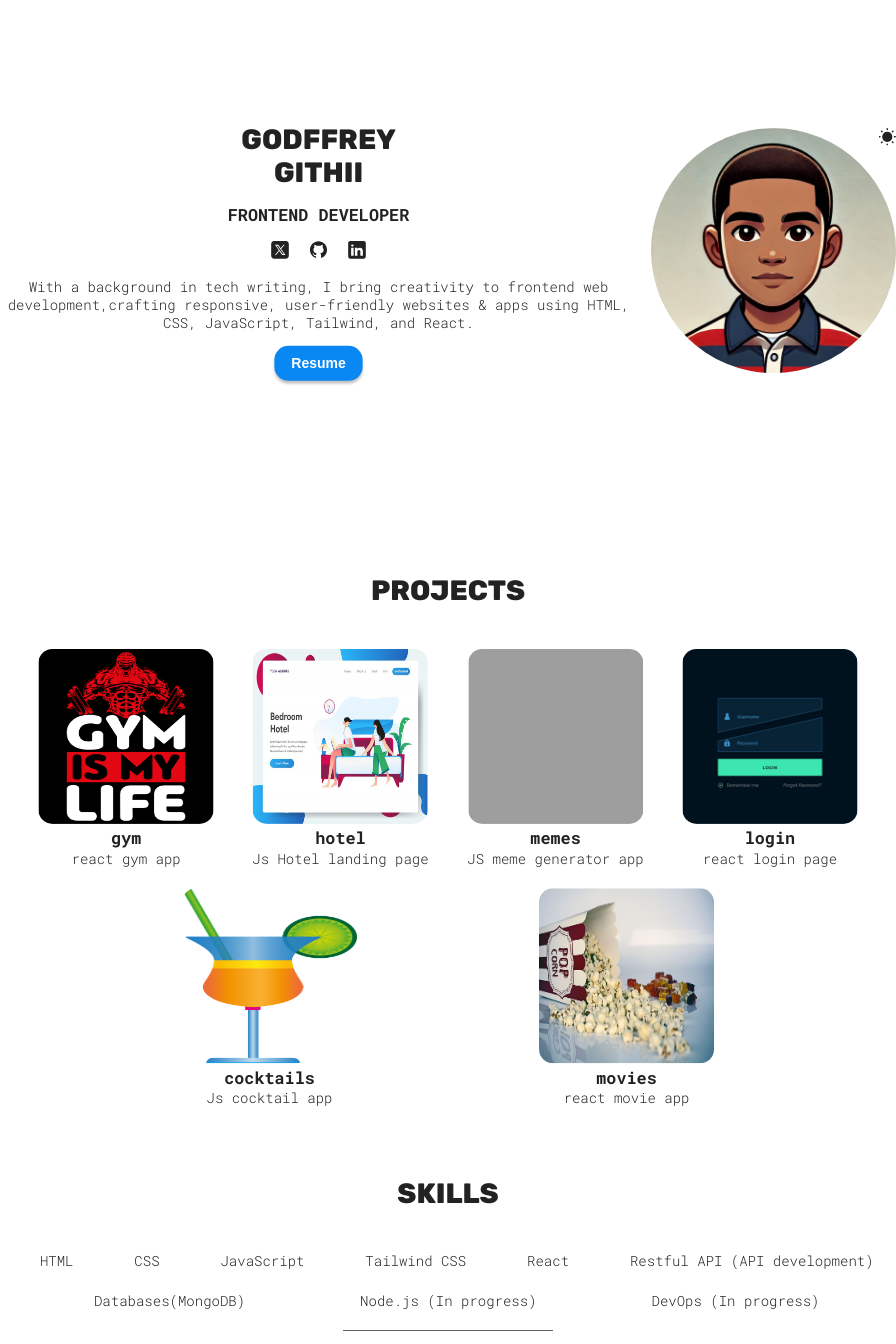
Repository: gogg23/dev-githii-1
Page: /
These files come from the project's save history. The page is drawn as it stood at one moment and after the next save; the edit follows.
The browser window is 1280 px wide. The pictures show the part of the page from y = 0 to 1920 px (the page is 2951 px tall), at 70% of full size.
Pictures or frames that could not be fetched are drawn as grey boxes. The project was rebuilt for these pictures with package versions that can differ from the ones it lists, and the page was loaded fresh each time. Also part of the build but not shown: vite.config.js, src/index.css. Imported but missing from the stored project, and not drawn on this page: src/assets/Resume.pdf.

Above is the page before, as saved 2025-04-09 19:11:01.

### index.html
<!DOCTYPE html>
<html lang="en">
  <head>
    <meta charset="UTF-8" />
    <link rel="icon" type="image/svg+xml" href="/public/favicon.ico" />
    <meta name="viewport" content="width=device-width, initial-scale=1.0" />
    <link rel="preconnect" href="https://fonts.googleapis.com" />
    <link rel="preconnect" href="https://fonts.gstatic.com" crossorigin />
    <link
      href="https://fonts.googleapis.com/css2?family=Roboto+Mono:wght@100..700&family=Rubik:wght@800&display=swap"
      rel="stylesheet"
    />
    <title>Dev Githii</title>
  </head>
  <body>
    <div id="root"></div>
    <script type="module" src="/src/main.jsx"></script>
  </body>
</html>

### src/main.jsx
import { StrictMode } from 'react'
import { createRoot } from 'react-dom/client'
import App from './App.jsx'
import './index.css'
import { ThemeProvider } from './common/ThemeContext.jsx'

createRoot(document.getElementById('root')).render(
  <StrictMode>
  <ThemeProvider>
  <App />
  </ThemeProvider>
  </StrictMode>,
)

### src/App.jsx
import './App.css';
import Hero from './sections/Hero/Hero';
import Projects from './sections/Projects/Projects';
import Skills from './sections/Skills/Skills';
import Contact from './sections/Contact/Contact';
import Footer from './sections/Footer/Footer';

function App() {
  return (
  <>
    <Hero/>
    <Projects/>
    <Skills/>
    <Contact/>
    <Footer/>
  </>
  );
}

export default App;

### src/common/ThemeContext.jsx
import React, { createContext, useContext, useEffect, useState } from 'react';

const ThemeContext = createContext();

export const useTheme = () => useContext(ThemeContext);

export const ThemeProvider = ({ children }) => {
  const [theme, setTheme] = useState(
    () => localStorage.getItem('theme') || 'light'
  );

  useEffect(() => {
    document.body.setAttribute('data-theme', theme);
    localStorage.setItem('theme', theme);
  }, [theme]);

  const toggleTheme = () => {
    console.log ('theme switched');
    setTheme((prevTheme) => (prevTheme === 'light' ? 'dark' : 'light'));
  };

  return (
    <ThemeContext.Provider value={{ theme, toggleTheme }}>
      {children}
    </ThemeContext.Provider>
  );
};

### src/sections/Hero/Hero.jsx
import styles from './HeroStyles.module.css';
import heroz from '../../assets/heroz.webp';
import sun from '../../assets/sun.svg';
import moon from '../../assets/moon.svg';
import twitterLight from '../../assets/twitter-light.svg';
import twitterDark from '../../assets/twitter-dark.svg';
import githubLight from '../../assets/github-light.svg';
import githubDark from '../../assets/github-dark.svg';
import linkedinLight from '../../assets/linkedin-light.svg';
import linkedinDark from '../../assets/linkedin-dark.svg';
import Resume from '../../assets/Resume.pdf';
import { useTheme } from '../../common/ThemeContext';
function Hero() {
  const { theme, toggleTheme } = useTheme();

  const themeIcon = theme === 'light' ? sun : moon;
  const twitterIcon = theme === 'light' ? twitterLight : twitterDark;
  const githubIcon = theme === 'light' ? githubLight : githubDark;
  const linkedinIcon = theme === 'light' ? linkedinLight : linkedinDark;

  return (
    <section id='hero' className={styles.container}>
      <div className={styles.colorModeContainer}>
        <img
          className={styles.hero}
          src={heroz}
          alt='profile picture of Godffrey Githii'
        />
        <img
          className={styles.colorMode}
          src={themeIcon}
          alt='color mode icon'
          onClick={toggleTheme}
        />
      </div>
      <div className={styles.info}>
        <h1>
          Godffrey <br /> Githii
        </h1>
        <h2>Frontend Developer</h2>
        <span>
          <a href='https://x.com/devgithii' target='_blank'>
            <img src={twitterIcon} alt='Twitter icon' />
          </a>
          <a
            href='https://github.com/gogg23?tab=overview&from=2024-12-01&to=2024-12-31'
            target='_blank'
          >
            <img src={githubIcon} alt='Github icon' />
          </a>
          <a
            href='https://www.linkedin.com/in/githinji-godfrey-312a7b270/'
            target='_blank'
          >
            <img src={linkedinIcon} alt='LinkedIn icon' />
          </a>
        </span>
        <p>
          With a background in tech writing, I bring creativity to frontend web
          development,crafting responsive, user-friendly websites & apps using
          HTML, CSS, JavaScript, Tailwind, and React.
        </p>
        <a href={Resume} download>
          <button className='hover'>Resume</button>
        </a>
      </div>
    </section>
  );
}

export default Hero;

### src/sections/Projects/Projects.jsx
import styles from './ProjectsStyles.module.css';
import movpic from '../../assets/movpic.jpg';
import gym1 from '../../assets/gym1.png';
import hotel from '../../assets/hotel.jpg';
import eggplant from '../../assets/eggplant-1.png';
import login from '../../assets/dark-login.jpg';
import cocktail1 from '../../assets/cocktail1.png';
import ProjectCard from '../../common/ProjectCard';

function Projects() {
  return (
    <section id='projects' className={styles.container}>
      <h1 className='sectionTitle'>Projects</h1>
      <div className={styles.projectsContainer}>
        <ProjectCard
          src={gym1}
          link='https://react-gym-web-site.netlify.app/'
          h3='gym '
          p='react gym app'
        />
        <ProjectCard
          src={hotel}
          link='https://ho-tel-landing-page.netlify.app/'
          h3='hotel '
          p='Js Hotel landing page'
        />
        <ProjectCard
          src={eggplant}
          link='https://meme-gene-rator-app.netlify.app/'
          h3='memes'
          p='JS meme generator app'
        />
        <ProjectCard
          src={login}
          link='https://react-login-register1.netlify.app/'
          h3='login'
          p='react login page'
        />
        <ProjectCard
          src={cocktail1}
          link='https://cocktailappz.netlify.app/'
          h3='cocktails'
          p='Js cocktail app'
        />
        <ProjectCard
          src={movpic}
          link='https://react-movie-appz.netlify.app/'
          h3='movies'
          p='react movie app'
        />
      </div>
    </section>
  );
}

export default Projects;

### src/sections/Skills/Skills.jsx
import styles from './SkillsStyles.module.css';
import checkMarkIcon from '../../assets/checkmark-dark.svg';
import SkillList from '../../common/SkillList';

function Skills() {
  return (
    <section id='skills' className={styles.container}>
      <h1 className='sectionTitle'>Skills</h1>
      <div className={styles.skillList}>
        <SkillList src={checkMarkIcon} skill='HTML' />
        <SkillList src={checkMarkIcon} skill='CSS' />
        <SkillList src={checkMarkIcon} skill='JavaScript' />
        <SkillList src={checkMarkIcon} skill='Tailwind CSS' />
        <SkillList src={checkMarkIcon} skill='React' />
        <SkillList src={checkMarkIcon} skill='Restful API (API development)' />
        <SkillList src={checkMarkIcon} skill='Databases(MongoDB)' />
        <SkillList src={checkMarkIcon} skill='Node.js (In progress)' />
        <SkillList src={checkMarkIcon} skill='DevOps (In progress)' />
      </div>
      <hr />
      <div className={styles.skillList}>
        <SkillList src={checkMarkIcon} skill='Git & Github' />
        <SkillList src={checkMarkIcon} skill='Figma' />
        <SkillList src={checkMarkIcon} skill='Vite' />
        <SkillList src={checkMarkIcon} skill='Visual Studio Code' />
        <SkillList src={checkMarkIcon} skill='Netlify' />
      </div>
      <hr />
    </section>
  );
}

export default Skills;

### src/sections/Contact/Contact.jsx
import styles from './ContactStyles.module.css';

function Contact() {
  return (
    <section id="contact" className={styles.container}>
      <h1 className="sectionTitle">Contact</h1>
      <form action="">
        <div className="formGroup">
          <label htmlFor="name" hidden>
            Name
          </label>
          <input
            type="text"
            name="name"
            id="name"
            placeholder="Name"
            required
          />
        </div>
        <div className="formGroup">
          <label htmlFor="email" hidden>
            Email
          </label>
          <input
            type="text"
            name="email"
            id="email"
            placeholder="Email"
            required
          />
        </div>
        <div className="formGroup">
          <label htmlFor="message" hidden>
            Message
          </label>
          <textarea
            name="message"
            id="message"
            placeholder="Message"
            required></textarea>
        </div>
        <input className="hover btn" type="submit" value="Submit" />
      </form>
    </section>
  );
}

export default Contact;

### src/sections/Footer/Footer.jsx
import styles from './FooterStyles.module.css';

function Footer() {
  return (
    <section id='footer' className={styles.container}>
      <p>
        &copy; 2025 Godffrey Githii
        <br />
        All Rights Reserved.
      </p>
    </section>
  );
}

export default Footer;

### src/sections/Hero/HeroStyles.module.css
.container {
  display: flex;
  flex-direction: column;
  justify-content: center;
  gap: 20px;
  text-align: center;
  height: 100dvh;
  min-height: 500px;

  .hero {
    max-width: 200px;
  }

  span {
    display: flex;
    gap: 25px;
    justify-content: center;

    a {
      margin: 0;

      img {
        width: 30px;
      }
    }
  }

  a {
    width: fit-content;
    align-self: center;
  }

  button {
    background-color: var(--btn-color);
    color: var(--btn-text-color);
    border: none;
    border-radius: 20px;
    width: 126px;
    height: 50px;
    font-size: 20px;
    font-weight: bold;
    box-shadow: 0 4px 4px rgba(0, 0, 0, 0.25);
    transition: box-shadow 200ms ease-in-out, transform 200ms ease-in-out;
  }

  button:hover {
    transform: scale(1.05);
  }

  button:active {
    transform: translateY(2px);
    box-shadow: 0 2px 2px rgba(0, 0, 0, 0.25);
  }
}

.colorModeContainer {
  position: relative;
}

.colorMode {
  position: absolute;
  right: 0;
  width: 25px;
}

.colorMode:hover {
  cursor: pointer;
}

.description {
  max-width: 24ch;
}

.info {
  display: flex;
  flex-direction: column;
  gap: 20px;
}

@media (width >= 800px) {
  .container {
    flex-direction: row-reverse;
    align-items: center;
    justify-content: space-evenly;

    .hero {
      max-width: 350px;
      width: 350px;
      border-radius: 50%;
    }
  }
}

@media (width >= 1400px) {
  .container {
    .hero {
      max-width: 400px;
      width: 400px;
    }
  }
}

### src/sections/Projects/ProjectsStyles.module.css
.container {
    display: flex;
    flex-direction: column;
    text-align: center;

    img {
      width: 250px;
      height: 250px;
      align-self: center;
      background-color: var(--project-card-bg);
      border-radius: 20px;
    }

    a {
      width: fit-content;
      text-decoration: none;
      color: #222;
      transition: transform 200ms ease-in-out;
    }

    a:hover {
      transform: scale(1.05);
    }
  }

  .projectsContainer {
    display: flex;
    flex-direction: column;
    align-items: center;
    gap: 30px;
  }

  @media (width >= 800px) {
    .projectsContainer {
      flex-direction: row;
      flex-wrap: wrap;
      justify-content: space-evenly;
      padding: 0 30px;
    }
  }

### src/common/ProjectCard.jsx
import React from 'react';

function ProjectCard({src, link, h3, p}) {
  return (
      <a href= {link}
      target='_blank'>
      <img className='hover' src={src} alt={`${h3} logo`}/>
      <h3>{h3}</h3>
      <p>{p}</p>
      </a>
  );
}

export default ProjectCard;

### src/sections/Skills/SkillsStyles.module.css
.container {
    display: flex;
    flex-direction: column;
    text-align: center;

    span {
      display: flex;
      align-items: center;
      gap: 5px;
    }

    img {
      width: 20px;
    }
  }

  .skillList {
    display: flex;
    justify-content: space-evenly;
    align-self: center;
    flex-wrap: wrap;
    row-gap: 40px;
    max-width: 26ch;
  }

hr {
  width: 100px;
  height: 1px;
  border: none;
  background-color: var(--text-color);
  margin: 30px auto;
}

@media (width >= 800px) {
  .skillList {
    max-width: fit-content;
    gap: 30px;

    p {
      font-size: 20px;
    }
  }
}

hr {
  width: 300px;
}

### src/common/SkillList.jsx
function SkillList({ src, skill }) {
    return (
      <span>
        <img src={src} alt="Checkmark icon" />
        <p>{skill}</p>
      </span>
    );
  }

  export default SkillList;

### src/sections/Contact/ContactStyles.module.css
.container {
  display: flex;
  flex-direction: column;
  text-align: center;
}

form {
  display: flex;
  flex-direction: column;
  gap: 30px;
}

textarea,
input:not([type='submit']) {
  height: 50px;
  padding-left: 16px;
  width: 250px;
}

textarea {
  padding-top: 16px;
  resize: none;
  height: 250px;
}

input,
textarea {
  border-radius: 20px;
  border: #888 1px solid;
  box-sizing: border-box;
  justify-self: center;
  background-color: var(--background-color);
  color: var(--form-text-color);
}

::placeholder {
  color: var(--form-text-color);
}

input[type='submit'] {
  background-color: var(--btn-color);
  color: var(--btn-text-color);
  border: none;
  border-radius: 20px;
  width: 126px;
  height: 50px;
  font-size: 20px;
  font-weight: bold;
  box-shadow: 0 4px 4px rgba(0, 0, 0, 0.25);
  transition: box-shadow 200ms ease-in-out, transform 200ms ease-in-out;
  margin: auto;
}

input[type='submit']:hover {
  transform: scale(1.05);
}

input[type='submit']:active {
  transform: translateY(2px);
  box-shadow: 0 2px 2px rgba(0, 0, 0, 0.25);
}

@media (width >= 800px) {
  textarea,
  input:not([type='submit']) {
    width: 600px;
    font-size: 20px;
  }
  form {
    gap: 40px;
  }
}

@media (width >= 1400px) {
  textarea,
  input:not([type='submit']) {
    width: 800px;
  }
}

Loaded but not shown: src/App.css (common file); src/sections/Footer/FooterStyles.module.css (common file)

After the next save:
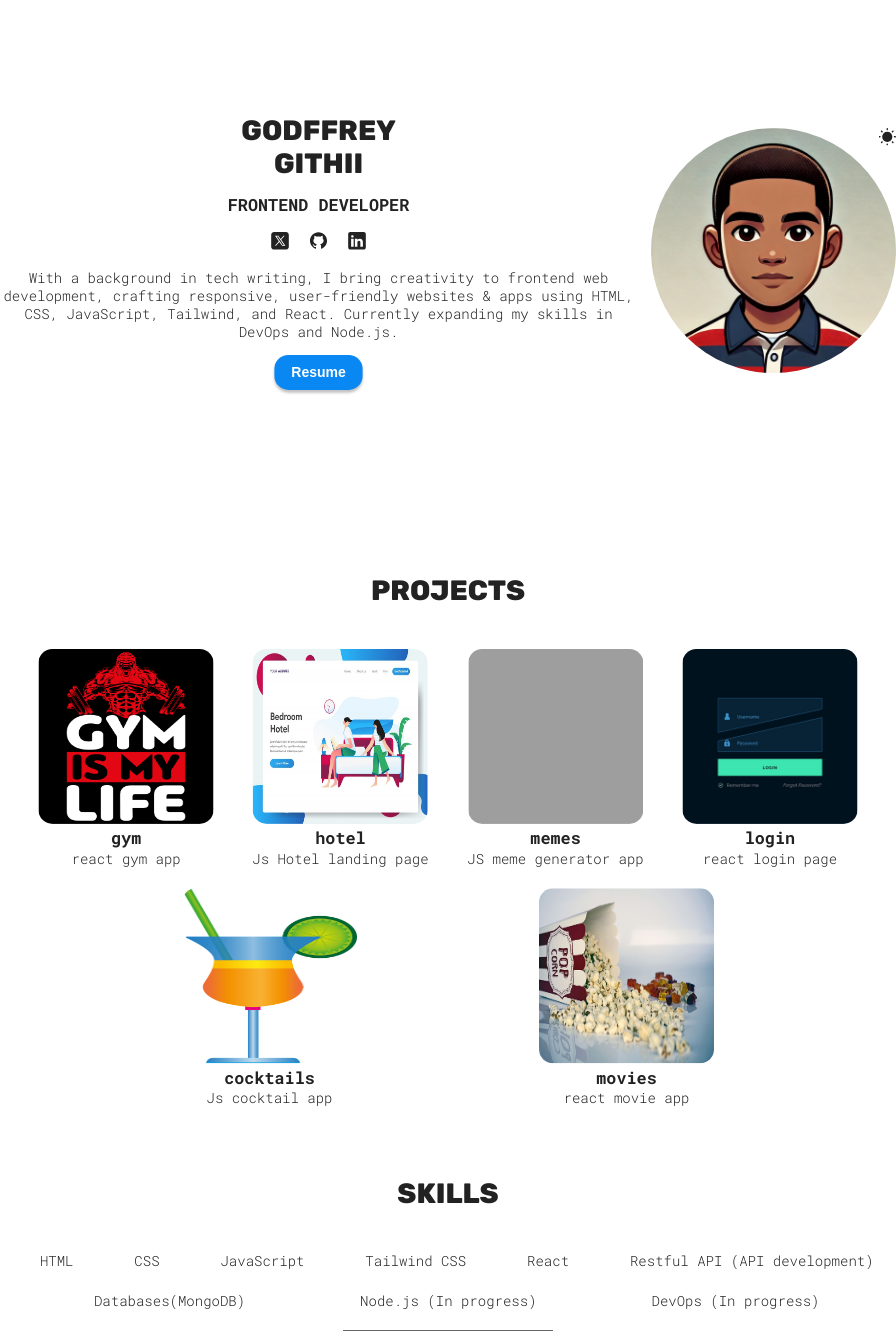
Saved 10 min 18 s later.
--- a/src/sections/Hero/Hero.jsx
+++ b/src/sections/Hero/Hero.jsx
@@ -57,8 +57,9 @@ function Hero() {
         </span>
         <p>
           With a background in tech writing, I bring creativity to frontend web
-          development,crafting responsive, user-friendly websites & apps using
-          HTML, CSS, JavaScript, Tailwind, and React.
+          development, crafting responsive, user-friendly websites & apps using
+          HTML, CSS, JavaScript, Tailwind, and React. Currently expanding my
+          skills in DevOps and Node.js.
         </p>
         <a href={Resume} download>
           <button className='hover'>Resume</button>
